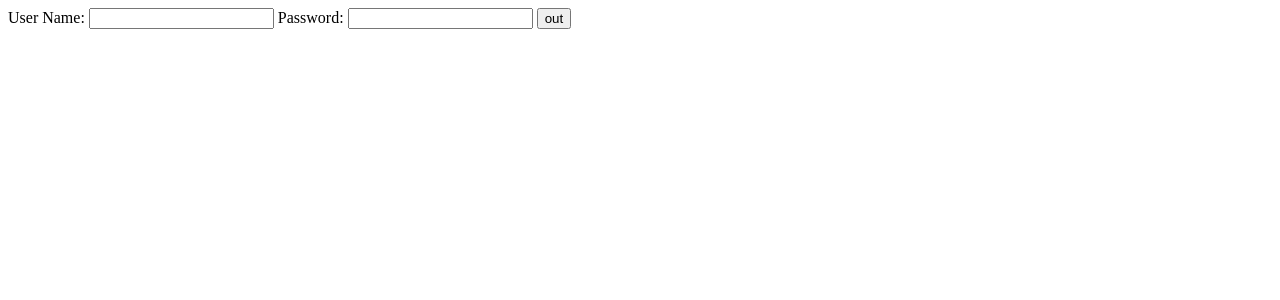
Repository: Kitty-kat-lol/Better-Grades-S3-e18
Page: http://localhost/Application/Index.jsp
The author's editor kept a copy of each file at every save. The page is drawn from the files as they stood at one save, then again after the next save.
The browser window is 1280 px wide. The pictures show the whole page.
The page is served by Tomcat 9. Nobody is signed in. The application's start-up code is not run. Other server files are loaded and not shown.

Above is the page before, as saved 2018-06-14 19:35:22.

### TestProject/Application/WebContent/Index.jsp
<%@ page language="java" contentType="text/html; charset=ISO-8859-1"
    pageEncoding="ISO-8859-1"%>
<!DOCTYPE html PUBLIC "-//W3C//DTD HTML 4.01 Transitional//EN" "http://www.w3.org/TR/html4/loose.dtd">


<html>

<head>
<meta http-equiv="Content-Type" content="text/html; charset=ISO-8859-1">

</head>

<!-- Nom de la page -->
<title>Test</title>

<body>

<form action="submit" method="post" enctype="multipart/form-data">
    User Name: <input type="text" name="realname">
    Password: <input type="password" name="mypassword">
    <input type="submit" value="out">
</form>


</body>
</html>

After the next save:
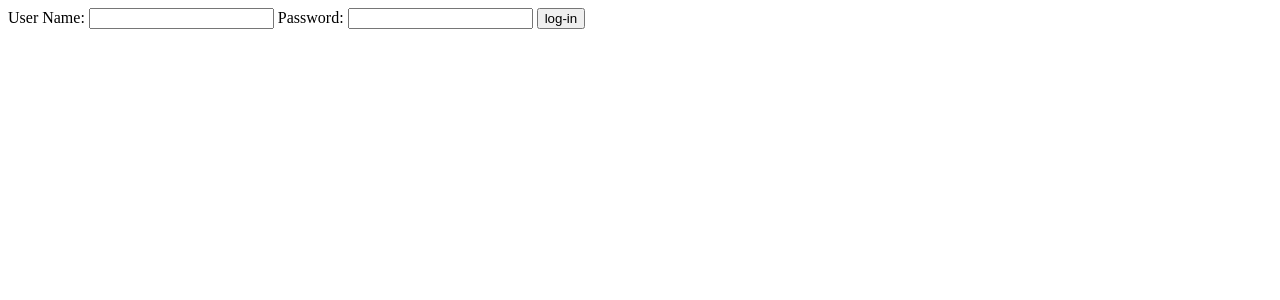
Saved 18 s later.
--- a/TestProject/Application/WebContent/Index.jsp
+++ b/TestProject/Application/WebContent/Index.jsp
@@ -15,10 +15,10 @@
 
 <body>
 
-<form action="submit" method="post" enctype="multipart/form-data">
+<form action="out" method="post" enctype="multipart/form-data">
     User Name: <input type="text" name="realname">
     Password: <input type="password" name="mypassword">
-    <input type="submit" value="out">
+    <input type="submit" value="log-in">
 </form>
 
 
